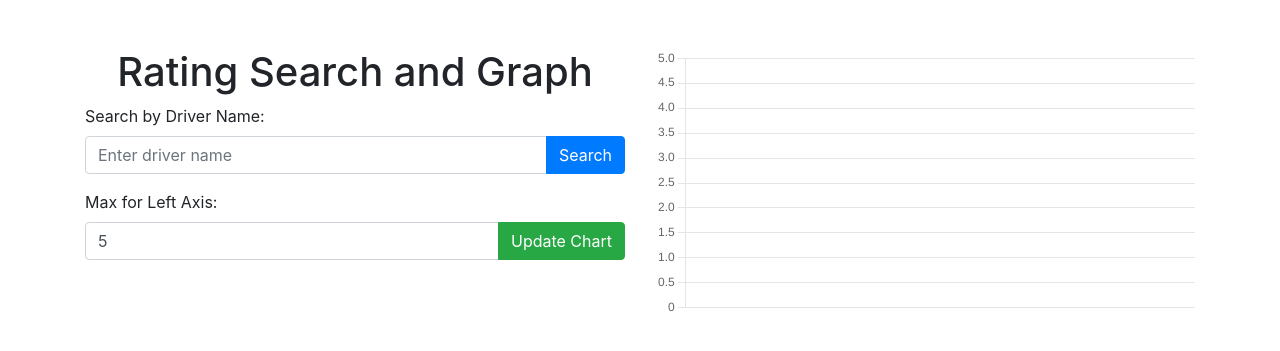
Repository: adrcstro/TrackingManagement
Page: http://localhost/tcpdf/Loginsystem/fetchdata.php
The author's editor kept a copy of each file at every save. The page is drawn from the files as they stood at one save, then again after the next save.
The browser window is 1280 px wide. The pictures show the whole page.
Some icons come from a web library that is not loaded, so they are not drawn. Some web libraries are served in a nearby version. The page is run by PHP 8.4 with error messages shown; the project is at /var/www/html/. Queries for data that is not in the repository find no rows.

Above is the page before, as saved 2023-11-24 19:06:33.
Console error: TypeError: Cannot read properties of null (reading 'addEventListener')

### Loginsystem/fetchdata.php
<!DOCTYPE html>
<html lang="en">
<head>
    <meta charset="UTF-8">
    <meta name="viewport" content="width=device-width, initial-scale=1.0">
    <link href="https://maxcdn.bootstrapcdn.com/bootstrap/4.5.2/css/bootstrap.min.css" rel="stylesheet">
    <link href="https://cdnjs.cloudflare.com/ajax/libs/font-awesome/5.15.1/css/all.min.css" rel="stylesheet"> <!-- Font Awesome -->
    <script src="https://cdn.jsdelivr.net/npm/chart.js"></script>

    <style>
        .card {
            transition: transform 0.3s;
            position: relative;
            box-shadow: 0 4px 8px rgba(0, 0, 0, 0.1);
            height: 100%;
        }

        .card:hover {
            transform: scale(1.05);
            box-shadow: 0 8px 16px rgba(0, 0, 0, 0.2);
        }

        .card-img-top {
            object-fit: cover;
            height: 250px;
            width: 100%;
        }

        .card-body {
            padding-bottom: 40px; /* Adjust padding to accommodate the button */
        }

        .card-title {
            height: -3rem; /* Limit the height of the title */
            overflow: hidden;
        }

        .card-text {
            max-height: 6rem; /* Limit the height of the description */
            overflow: hidden;
        }

        .read-more-modal {
            max-width: 800px; /* Adjust the width of the modal */
        }
    </style>
    <title>News and Events</title>
</head>
<body>

<div class="container">
        <div class="row  mt-4">
            <div class="col-md-6">
                <h1 class="text-center mt-4">Rating Search and Graph</h1>

                <form method="post" action="" class="mt-2">
    <div class="form-group">
        <label for="search">Search by Driver Name:</label>
        <div class="input-group">
            <input type="text" name="search" id="search" class="form-control" placeholder="Enter driver name">
            <div class="input-group-append">
                <button type="submit" class="btn btn-primary"><i class="bi bi-search icon"></i>Search</button>
            </div>
        </div>
    </div>
</form>

<div class="form-group mt-2">
    <label for="maxLeft">Max for Left Axis:</label>
    <div class="input-group">
        <input type="number" name="maxLeft" id="maxLeft" value="5" class="form-control" placeholder="Enter max value">
        <div class="input-group-append">
            <button onclick="updateChart()" class="btn btn-success"><i class="bi bi-bar-chart icon"></i>Update Chart</button>
        </div>
    </div>
</div>



            </div>

            <div class="col-md-6">
                <div style="width: 100%;"  class="mt-4">
                    <canvas id="myChart"></canvas>
                </div>
            </div>
        </div>
    </div>


<script>
        // Add your custom scripts here
        function updateChart() {
            // Your chart update logic
        }
    </script>
<?php
// Connect to your database
$servername = "localhost"; // Replace with your server name
$username = "root"; // Replace with your username
$password = ""; // Replace with your password
$dbname = "plate-to-place-v-tracking";

$conn = new mysqli($servername, $username, $password, $dbname);

// Check connection
if ($conn->connect_error) {
    die("Connection failed: " . $conn->connect_error);
}

// Function to fetch data from the rating table based on the search term
function fetchData($conn, $searchTerm) {
    $sql = "SELECT DriverName, Rate FROM rating WHERE DriverName LIKE '%$searchTerm%'";
    $result = $conn->query($sql);

    $data = array();
    if ($result->num_rows > 0) {
        while ($row = $result->fetch_assoc()) {
            $data[] = $row;
        }
    }

    return $data;
}

// Process search form submission
if ($_SERVER["REQUEST_METHOD"] == "POST") {
    $searchTerm = $_POST["search"];
    $data = fetchData($conn, $searchTerm);
} else {
    // If no search term, initialize with an empty array
    $data = array();
}

// Close the database connection
$conn->close();
?>

<script>
// Prepare data for Chart.js
var data = <?php echo json_encode($data); ?>;

// Create an object to count the occurrences of each rating for each driverName
var ratingCounts = {};

data.forEach(function(item) {
    var driverName = item.DriverName;
    var rate = item.Rate;

    // Initialize the count for the driverName if not already present
    if (!ratingCounts[driverName]) {
        ratingCounts[driverName] = [0, 0, 0, 0, 0]; // Index 0 represents rating 1, index 4 represents rating 5
    }

    // Increment the count for the corresponding rating
    ratingCounts[driverName][rate - 1]++;
});

// Prepare labels and data for the chart
var labels = Object.keys(ratingCounts);
var datasets = [];

// Iterate through each driverName and create a dataset for the bar graph
labels.forEach(function(driverName) {
    var counts = ratingCounts[driverName];

    datasets.push({
        label: driverName,
        data: counts,
        backgroundColor: getRandomColor(), // Function to get a random color for each driverName
        borderColor: 'rgba(75, 192, 192, 1)',
        borderWidth: 1
    });
});

// Default max value for left axis
var maxLeft = 5;

// Declare myChart outside the function
var myChart;

// Draw the initial bar chart
drawChart();

// Function to draw or update the bar chart
function drawChart() {
    var ctx = document.getElementById('myChart').getContext('2d');
    myChart = new Chart(ctx, {
        type: 'bar',
        data: {
            labels: ['Unsatisfactory/Very Poor', 'Poor', 'Satisfactory/Fair', 'Good', 'Excellent'], // Ratings 1 to 5
            datasets: datasets
        },
        options: {
            scales: {
                y: {
                    beginAtZero: true,
                    stepSize: 1,
                    max: maxLeft
                }
            }
        }
    });
}

// Function to generate a random color
function getRandomColor() {
    var letters = '0123456789ABCDEF';
    var color = '#';
    for (var i = 0; i < 6; i++) {
        color += letters[Math.floor(Math.random() * 16)];
    }
    return color;
}

// Function to update the chart based on user input
function updateChart() {
    // Get value from input field
    maxLeft = parseInt(document.getElementById('maxLeft').value);

    // Destroy the existing chart and redraw with updated options
    myChart.destroy();
    drawChart();
}
</script>









<div class="container mt-5 mb-5">
    <div class="row">
    <?php
        // Replace these with your actual database connection details
        $host = "localhost";
        $username = "root";
        $password = "";
        $database = "plate-to-place-v-tracking";

        // Create a database connection
        $your_db_connection = mysqli_connect($host, $username, $password, $database);

        // Check the connection
        if (!$your_db_connection) {
            die("Connection failed: " . mysqli_connect_error());
        }

        // Fetch data from the "newsandevents" table
        $query = "SELECT id, Username, Age, Password, PermittoOperate,PhoneNumber,HomeAddress FROM driverstbl";
        $result = mysqli_query($your_db_connection, $query);

        // Check if the query was successful
        if ($result) {
            // Fetch data row by row
            while ($row = mysqli_fetch_assoc($result)) {
                $drivername = $row['Username'];
                $ViehicleNumber = $row['Age'];
                $PlateNumber = $row['Password'];
                $image = $row['PermittoOperate'];
                $phone = $row['PhoneNumber'];
                $home = $row['HomeAddress'];

                // Display data in Bootstrap cards
                echo '<div class="col-md-4 mb-5">';
                echo '<div class="card">';
                echo '<img src="uploads/' . $image . '" class="card-img-top" alt="Card Image">';
                echo '<div class="card-body text-center">';

                // Displaying the driver information
                // Existing code

echo '<h6 class="card-title">Drivers Name: <span style="font-weight:normal;">' . $drivername . '</span></h6>';
echo '<h6 class="card-title">Vehicle Number: <span style="font-weight:normal;">' . $ViehicleNumber . '</span></h6>';
echo '<h6 class="card-title">Plate Number: <span style="font-weight:normal;">' . $PlateNumber . '</span></h6>';
echo '<h6 class="card-title">Phone Number: <span style="font-weight:normal;">' . $phone . '</span></h6>';
echo '<h6 class="card-title">Home Address: <span style="font-weight:normal;">' . $home . '</span></h6>';
                echo '</div>';
                echo '</div>';
                echo '</div>';
            }

            // Free result set
            mysqli_free_result($result);
        } else {
            // Handle the error if the query fails
            echo "Error: " . mysqli_error($your_db_connection);
        }

        // Close the database connection
        mysqli_close($your_db_connection);
    ?>
    </div>
</div>

<script src="https://code.jquery.com/jquery-3.5.1.slim.min.js"></script>
<script src="https://cdn.jsdelivr.net/npm/@popperjs/core@2.5.3/dist/umd/popper.min.js"></script>
<script src="https://maxcdn.bootstrapcdn.com/bootstrap/4.5.2/js/bootstrap.min.js"></script>
<script src="https://kit.fontawesome.com/your-font-awesome-kit-id.js" crossorigin="anonymous"></script>









<script>
    // Initialize Bootstrap tooltips
    $(function () {
        $('[data-toggle="tooltip"]').tooltip();
    });
</script>

<script>
    document.addEventListener("DOMContentLoaded", function() {
        const searchInput = document.getElementById("SearchDriver");
        const searchResults = document.getElementById("searchResults");

        searchInput.addEventListener("input", function() {
            const searchText = searchInput.value.toLowerCase();
            if (searchText.length > 0) {
                fetch(`fetchdatadetails.php?search=${searchText}`)
                    .then(response => response.text())
                    .then(data => {
                        searchResults.innerHTML = data;
                    })
                    .catch(error => {
                        console.error('Error:', error);
                    });
            } else {
                searchResults.innerHTML = "";
            }
        });
    });
</script>
</body>
</html>

After the next save:
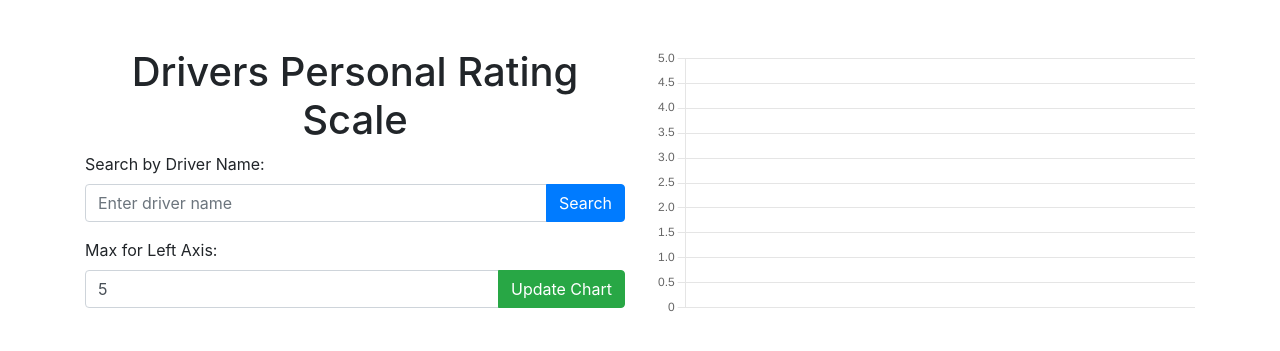
Saved 60 s later.
--- a/Loginsystem/fetchdata.php
+++ b/Loginsystem/fetchdata.php
@@ -51,7 +51,7 @@
 <div class="container">
         <div class="row  mt-4">
             <div class="col-md-6">
-                <h1 class="text-center mt-4">Rating Search and Graph</h1>
+                <h1 class="text-center mt-4">Drivers Personal Rating Scale</h1>
 
                 <form method="post" action="" class="mt-2">
     <div class="form-group">
